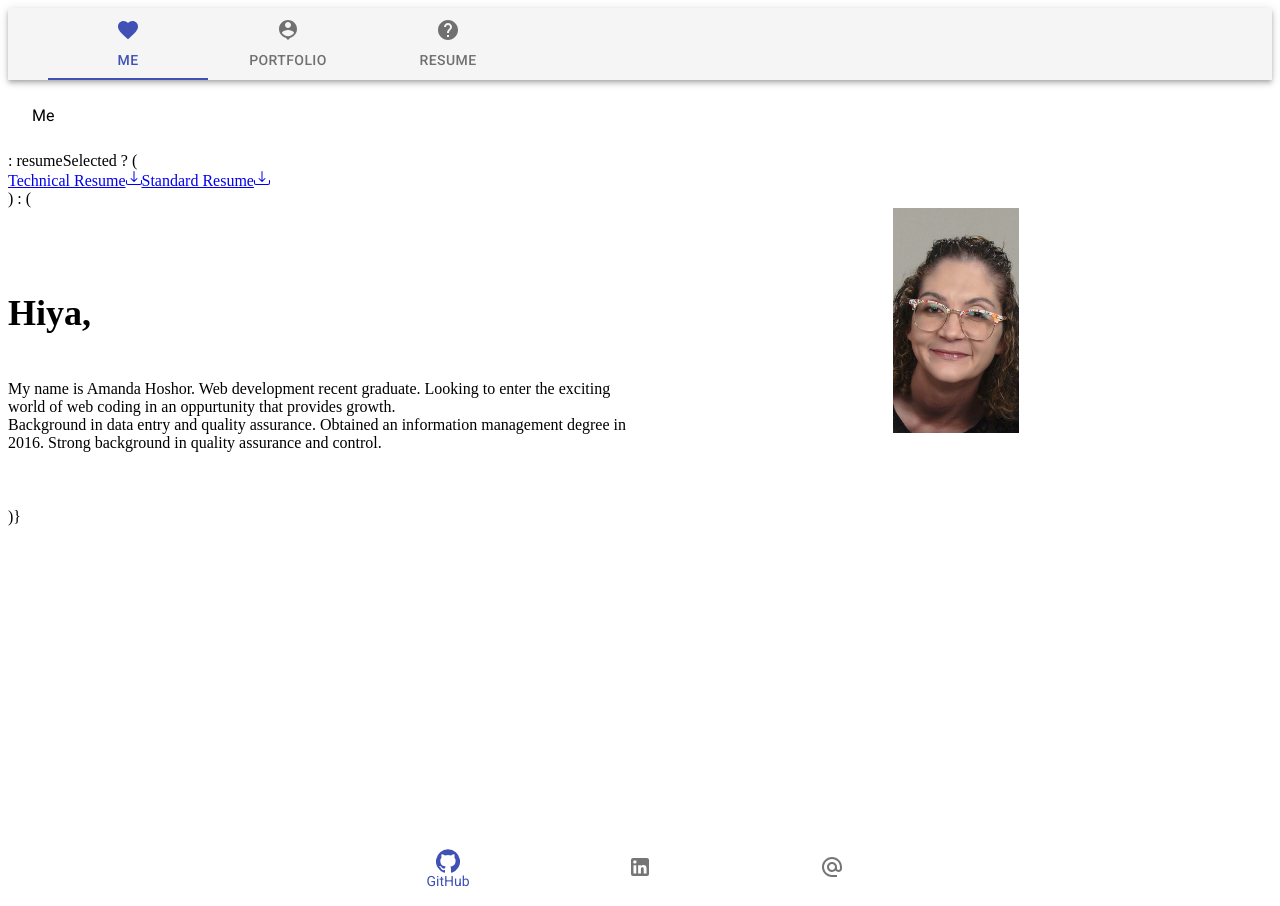
Repository: mandahos/hoshor
Page: /
These files come from the project's save history. The page is drawn as it stood at one moment and after a run of saves; the edit follows.
The browser window is 1280 px wide. The pictures show the whole page.
The project was rebuilt for these pictures with package versions that can differ from the ones it lists, and the page was loaded fresh each time. Also part of the build but not shown: src/components/Portfolio/index.js. Imported but missing from the stored project, and not drawn on this page: src/assets/resume/Amanda_Hoshor_Resume.PDF, src/assets/resume/Resume_Hoshor (1).pdf.

Above is the page before, as saved 2021-08-19 22:35:21.

### public/index.html
<!DOCTYPE html>
<html lang="en">
  <head>
    <meta charset="utf-8" />
    <link rel="icon" href="%PUBLIC_URL%/favicon.ico" />
    <meta name="viewport" content="width=device-width, initial-scale=1" />
    <meta name="theme-color" content="#000000" />
    <meta
      name="description"
      content="Web site created using create-react-app"
    />
    <link rel="apple-touch-icon" href="%PUBLIC_URL%/logo192.png" />
    <link rel="stylesheet" href="https://fonts.googleapis.com/css?family=Roboto:300,400,500,700&display=swap" />
    <!--
      manifest.json provides metadata used when your web app is installed on a
      user's mobile device or desktop. See https://developers.google.com/web/fundamentals/web-app-manifest/
    -->
    <link rel="stylesheet" href="https://fonts.googleapis.com/icon?family=Material+Icons" />
    <link rel="manifest" href="%PUBLIC_URL%/manifest.json" />
    <!--
      Notice the use of %PUBLIC_URL% in the tags above.
      It will be replaced with the URL of the `public` folder during the build.
      Only files inside the `public` folder can be referenced from the HTML.

      Unlike "/favicon.ico" or "favicon.ico", "%PUBLIC_URL%/favicon.ico" will
      work correctly both with client-side routing and a non-root public URL.
      Learn how to configure a non-root public URL by running `npm run build`.
    -->
    <title>Hoshor</title>
  </head>
  <body>
    <noscript>You need to enable JavaScript to run this app.</noscript>
    <div id="root"></div>
    <!--
      This HTML file is a template.
      If you open it directly in the browser, you will see an empty page.

      You can add webfonts, meta tags, or analytics to this file.
      The build step will place the bundled scripts into the <body> tag.

      To begin the development, run `npm start` or `yarn start`.
      To create a production bundle, use `npm run build` or `yarn build`.
    -->
  </body>
</html>

### src/index.js
import React from 'react';
import ReactDOM from 'react-dom';
import './css/styles.css';
import App from './App';

ReactDOM.render(
  <React.StrictMode>
    <App />

  </React.StrictMode>,
  document.getElementById('root')
);

// If you want to start measuring performance in your app, pass a function
// to log results (for example: reportWebVitals(console.log))
// or send to an analytics endpoint. Learn more: https://bit.ly/CRA-vitals

### src/css/styles.css
.App {
  font-family: Arial, Helvetica, sans-serif;
  text-align: center;
  background-color: #7A6174;
  color: white
}
h1 {
  font-size: 48px;

}
h2 {
  font-size: 14px
}
.About {
  font-family: Cambria, Cochin, Georgia, Times, 'Times New Roman', serif
}
h3 {
  text-align: left;
}

p {
  text-align: left;
}

### src/App.js
import React, { useState } from "react";
import "./css/styles.css";
import  Navigation from "./components/Navigation";
import  Me  from "./components/Me";
import  Footer  from "./components/Footer";
import Portfolio from "./components/Portfolio";
import Resume from "./components/Resume"
// import background from "./assets/images/plug.png"


function App() {
  const [projects] = useState([
    {
      name: "Med-Planner",
      description: "A web application which provides caregivers and patients an easy solution for managing their apointments.",
      url: "https://mandahos.github.io/med-planner/",
      github: "https://github.com/mandahos/med-planner.git",
      image: "med-planner.jpg"

    }
  ])

  const [meSelected, setMeSelected] = useState(true);
  const [portfolioSelected, setPortfolioSelected] = useState(false);
  const [resumeSelected, setResumeSelected] = useState (false);

  return (
    <div>
      <Navigation
      // meSelected={meSelected}
      // setMeSelected={setMeSelected}
      // portfolioSelected={portfolioSelected}
      // setPortfolioSelected={setPortfolioSelected}
      // resumeSelected={resumeSelected}
      // setResumeSelected={setResumeSelected}
      />

      {/* {portfolioSelected ? (<Portfolio projects={projects}/>) */}
        : resumeSelected ? (<Resume />)
        : (<Me />)}

        <Footer />
    </div>
  );
}

export default App;

### src/components/Navigation/index.js
import React from 'react';
import PropTypes from 'prop-types';
import { makeStyles } from '@material-ui/core/styles';
import AppBar from '@material-ui/core/AppBar';
import Tabs from '@material-ui/core/Tabs';
import Tab from '@material-ui/core/Tab';

import FavoriteIcon from '@material-ui/icons/Favorite';
import PersonPinIcon from '@material-ui/icons/PersonPin';
import HelpIcon from '@material-ui/icons/Help';

import Typography from '@material-ui/core/Typography';
import Box from '@material-ui/core/Box';

import Me from '../Me/index'
import Portfolio from '../Portfolio/index'
import Resume from '../Resume/index'

function TabPanel(props) {
  const { children, value, index, ...other } = props;

  return (
    <div
      role="tabpanel"
      hidden={value !== index}
      id={`scrollable-force-tabpanel-${index}`}
      aria-labelledby={`scrollable-force-tab-${index}`}
      {...other}
    >
      {value === index && (
        <Box p={3}>
          <Typography>{children}</Typography>
        </Box>
      )}
    </div>
  );
}

TabPanel.propTypes = {
  children: PropTypes.node,
  index: PropTypes.any.isRequired,
  value: PropTypes.any.isRequired,
};

function a11yProps(index) {
  return {
    id: `scrollable-force-tab-${index}`,
    'aria-controls': `scrollable-force-tabpanel-${index}`,
  };
}

const useStyles = makeStyles((theme) => ({
  root: {
    flexGrow: 1,
    width: '100%',
    backgroundColor: theme.palette.background.paper,
  },
}));

export default function ScrollableTabsButtonForce() {
  const classes = useStyles();
  const [value, setValue] = React.useState(0);

  const handleChange = (event, newValue) => {
    setValue(newValue);
  };


  return (
    <>
    <div className={classes.root}>
      <AppBar position="static" color="default">
        <Tabs
          value={value}
          onChange={handleChange}
          variant="scrollable"
          scrollButtons="on"
          indicatorColor="primary"
          textColor="primary"
          aria-label="scrollable force tabs example"
        >

          <Tab label="Me" icon={<FavoriteIcon />} {...a11yProps(0)} />
          <Tab label="Portfolio" icon={<PersonPinIcon />} {...a11yProps(1)} />
          <Tab label="Resume" icon={<HelpIcon />} {...a11yProps(2)} />
          </Tabs>
      </AppBar>


      <TabPanel value={value } index={0}  >
      Me
      </TabPanel>
      <TabPanel value={value } index={1}  >
        Portfolio
      </TabPanel>
      <TabPanel value={value} index={2} >
        Resume
      </TabPanel>

      {/* {value === 0 && <Me />} */}
      {value === 1 && <Portfolio />}
      {value === 2 && <Resume /> }

    </div>
    </>
  );
}

### src/components/Me/index.js
import React from 'react';
import {
  Container,
  Stack,
  Flex,
  Box,
  Heading,
  Text,
  Image

} from '@chakra-ui/react';


import picture from '../../assets/images/react-profile.png'

const Me = () => {


  return (

    <Container maxW={'7xl'}>
      <Stack
        align={'center'}
        spacing={{ base: 8, md: 10 }}
        py={{ base: 20, md: 28 }}
        direction={{ base: 'column', md: 'row' }}>

        <Stack flex={1} spacing={{ base: 5, md: 10 }}>
          <Heading
            lineHeight={1.1}
            fontWeight={800}
            fontSize={36}
            >
            <Text
              as={'span'}
              position={'relative'}
              _after={{
                content: "''",
                width: 'full',
                height: '80%',
                position: 'absolute',
                bottom: 1,
                left: 0,
                bg: 'red.400',
                zIndex: -1,

              }}>
              Hiya,
            </Text>
            <br />

          </Heading>
          <Text color={'black.500'}>
            My name is Amanda Hoshor. Web development recent graduate. Looking to enter the exciting world of web coding in an oppurtunity that provides growth.
            <br/>
            Background in data entry and quality assurance. Obtained an information management degree in 2016. Strong background in quality assurance and control.
          </Text>
          <Stack
            spacing={{ base: 4, sm: 6 }}
            direction={{ base: 'column', sm: 'row' }}>

          </Stack>
        </Stack>
        <Flex
          flex={1}
          justify={'center'}
          align={'center'}
          position={'relative'}
          w={'full'}>

          <Box
            position={'relative'}
            height={'300px'}
            rounded={'2xl'}
            boxShadow={'2xl'}
            width={'full'}
            overflow={'hidden'}>

            <Image
              alt={'Me'}
              fit={'cover'}
              align={'center'}
              w={'100%'}
              h={'75%'}
              src={
                picture
              }
            />
          </Box>
        </Flex>
      </Stack>
    </Container>
  );
}

export default Me;

### src/components/Footer/index.js
import React from 'react';
import { makeStyles } from '@material-ui/core/styles';
import BottomNavigation from '@material-ui/core/BottomNavigation';
import BottomNavigationAction from '@material-ui/core/BottomNavigationAction';
import LinkedInIcon from '@material-ui/icons/LinkedIn';
import GitHubIcon from '@material-ui/icons/GitHub';
import AlternateEmailIcon from '@material-ui/icons/AlternateEmail';
import CSS from './footer.css'

const useStyles = makeStyles({
  root: {
    width: 500,
  },
});

export default function LabelBottomNavigation() {
  const footer = useStyles();
  const [value, setValue] = React.useState('recents');

  const handleChange = (event, newValue) => {
    setValue(newValue);
  };

  return (
    <BottomNavigation value={value} onChange={handleChange} className={footer}>
      <BottomNavigationAction a href="https://github.com/mandahos" label="GitHub" value="recents" icon={<GitHubIcon />} />
      <BottomNavigationAction a href="https://www.linkedin.com/in/amanda-hoshor/" label="LinkedIn" value="favorites" icon={<LinkedInIcon />} />
      <BottomNavigationAction a href="mailto:hoshor.manda@gmail.com" label="Email" value="nearby" icon={<AlternateEmailIcon />} />

    </BottomNavigation>
  );
}

### src/components/Resume/index.js
import React from 'react';
import { BsDownload } from 'react-icons/bs';
import technical from '../../assets/resume/Amanda_Hoshor_Resume.PDF';
import resume from '../../assets/resume/Resume_Hoshor (1).pdf'

function Resume() {
    return(
        <div className="flex items-center my-64">
        <a href={technical} download="Resume_Hoshor.pdf" className="flex flex-row items-center mx-auto p-4 resume text-2xl rounded-lg">
            Technical Resume
            <BsDownload className="ml-2"/>
        </a>
        <a href={resume} download="Resume_Hoshor.pdf" className="flex flex-row items-center mx-auto p-4 resume text-2xl rounded-lg">
            Standard Resume
            <BsDownload className="ml-2"/>
        </a>
    </div>
    );
}

export default Resume;

### src/components/Footer/footer.css
.root {
    display: block;
    margin-left: auto;
    margin-right: auto;
    margin-top: 25%;
    justify-content: center;
}

After the next 5 saves:
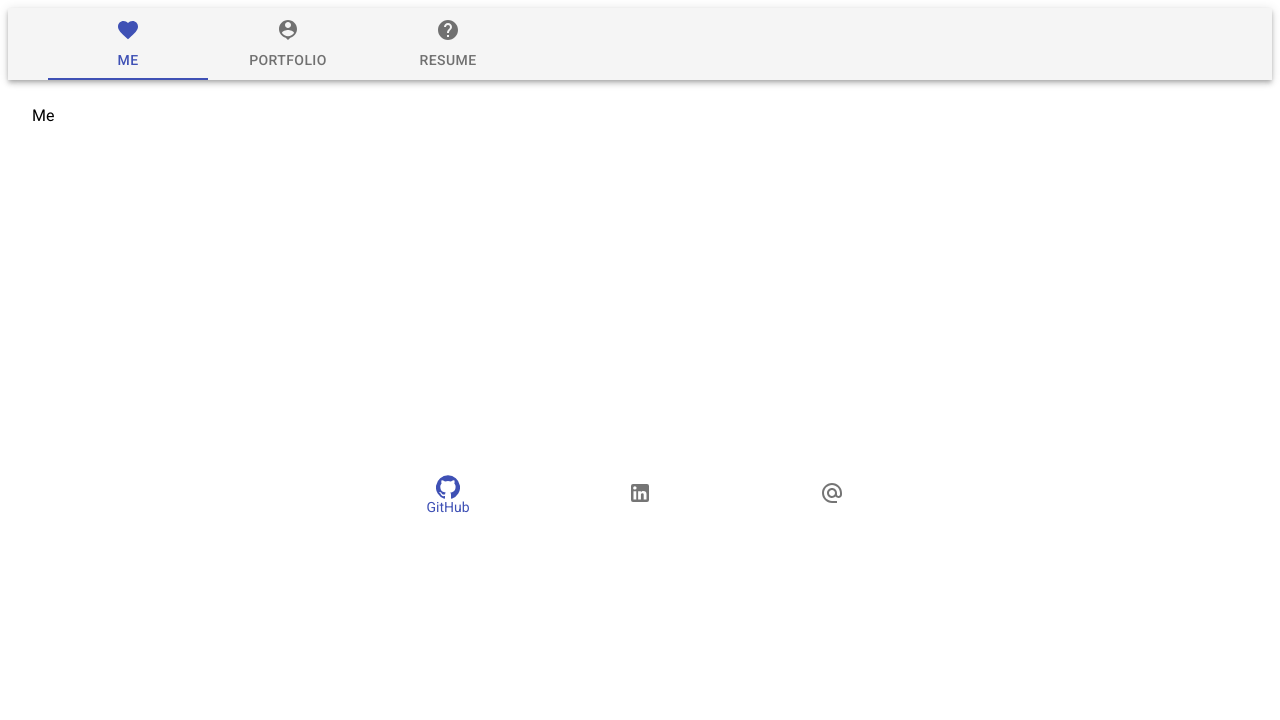
The 5 saves are shown as one change because 4 did not build or start.
The last was saved 2 min 16 s later.
--- a/src/App.js
+++ b/src/App.js
@@ -8,7 +8,7 @@ import Resume from "./components/Resume"
 // import background from "./assets/images/plug.png"
 
 
-function App() {
+export default function App() {
   const [projects] = useState([
     {
       name: "Med-Planner",
@@ -36,12 +36,10 @@ function App() {
       />
 
       {/* {portfolioSelected ? (<Portfolio projects={projects}/>) */}
-        : resumeSelected ? (<Resume />)
-        : (<Me />)}
+        {/* : resumeSelected ? (<Resume />) */}
+        {/* : (<Me />)} */}
 
         <Footer />
     </div>
-  );
+  )
 }
-
-export default App;
